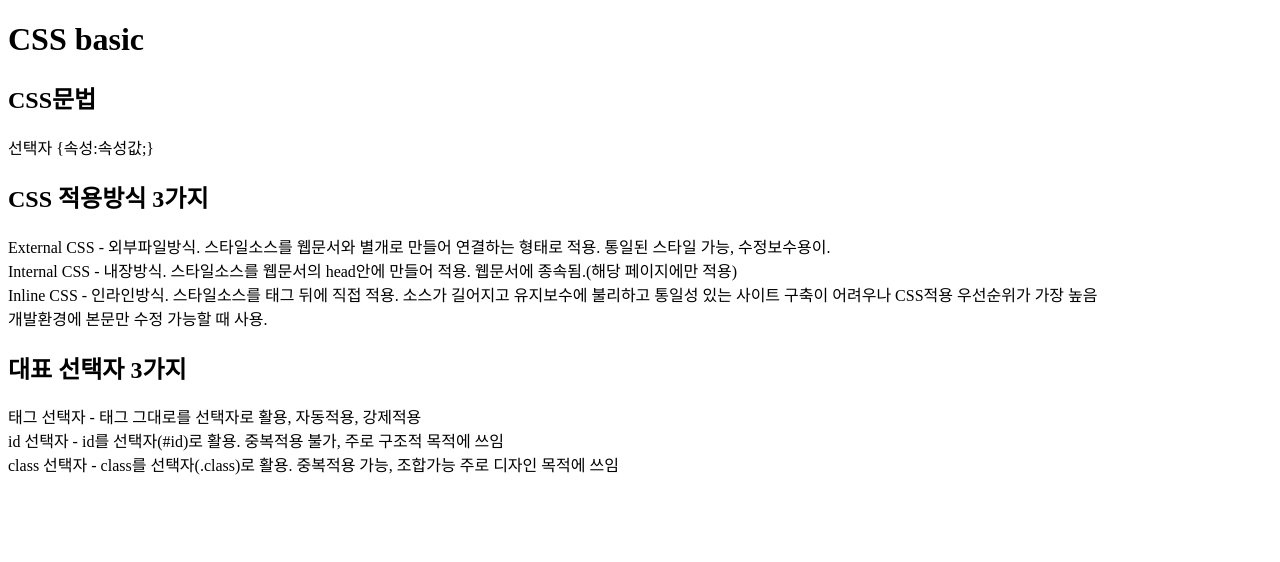
Repository: Git-Seokcoding/WEB
Page: CSS3/src/main/webapp/basic.html
An editor plug-in stored every save of this project. The page is shown before and after the next save, followed by the edit.
The browser window is 1280 px wide. The pictures show the whole page.

Above is the page before, as saved 2023-10-12 07:52:21.

After the next save:
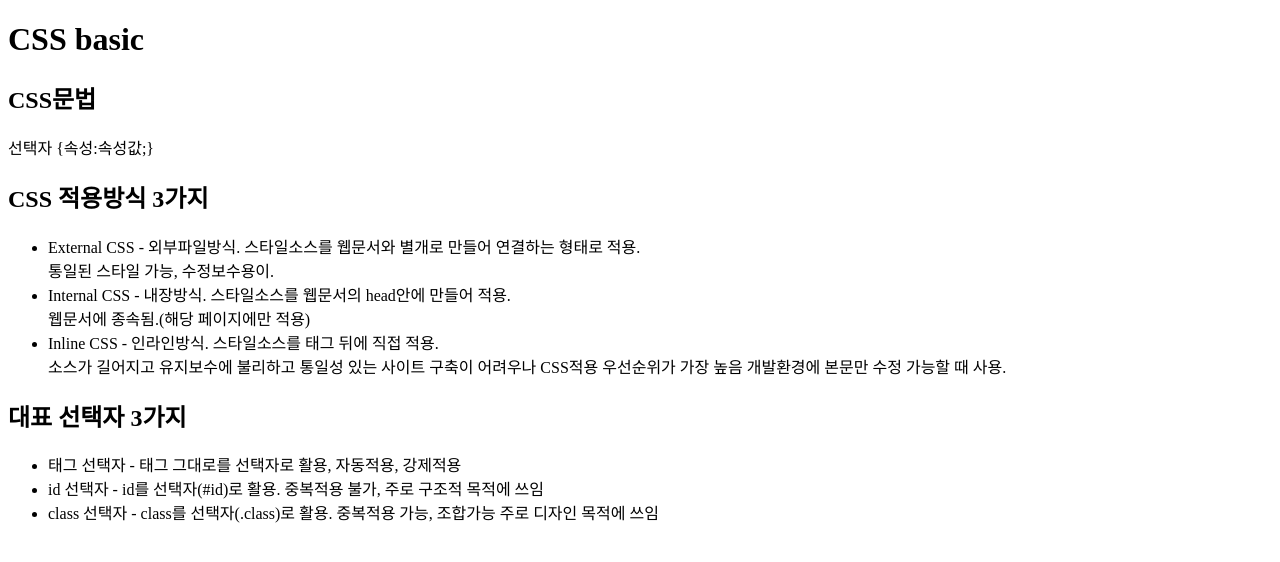
Saved 2 min 32 s later.
--- a/CSS3/src/main/webapp/basic.html
+++ b/CSS3/src/main/webapp/basic.html
@@ -10,17 +10,21 @@
 	<p>선택자 {속성:속성값;}</p>
 
 	<h2>CSS 적용방식 3가지</h2>
-		External CSS - 외부파일방식. 스타일소스를 웹문서와 별개로 만들어 연결하는 형태로 적용.
-		통일된 스타일 가능, 수정보수용이.<br>
-		Internal CSS - 내장방식. 스타일소스를 웹문서의 head안에 만들어 적용.
-		웹문서에 종속됨.(해당 페이지에만 적용)<br>
-		Inline CSS   - 인라인방식. 스타일소스를 태그 뒤에 직접 적용.
-		소스가 길어지고 유지보수에 불리하고 통일성 있는 사이트 구축이 어려우나 CSS적용 우선순위가 가장 높음<br>
-		개발환경에 본문만 수정 가능할 때 사용.<br>
+	<ul>
+		<li>External CSS - 외부파일방식. 스타일소스를 웹문서와 별개로 만들어 연결하는 형태로 적용. <br>
+		통일된 스타일 가능, 수정보수용이.</li>
+		<li>Internal CSS - 내장방식. 스타일소스를 웹문서의 head안에 만들어 적용.<br>
+		웹문서에 종속됨.(해당 페이지에만 적용)</li>
+		<li>Inline CSS   - 인라인방식. 스타일소스를 태그 뒤에 직접 적용. <br>
+		소스가 길어지고 유지보수에 불리하고 통일성 있는 사이트 구축이 어려우나 CSS적용 우선순위가 가장 높음
+		개발환경에 본문만 수정 가능할 때 사용.</li>
+	</ul>
 
 	<h2>대표 선택자 3가지</h2>
-	태그 선택자  - 태그 그대로를 선택자로 활용, 자동적용, 강제적용<br>
-	id 선택자 - id를 선택자(#id)로 활용. 중복적용 불가, 주로 구조적 목적에 쓰임<br>
-	class 선택자 - class를 선택자(.class)로 활용. 중복적용 가능, 조합가능 주로 디자인 목적에 쓰임<br>
+	<ul>
+	<li>태그 선택자  - 태그 그대로를 선택자로 활용, 자동적용, 강제적용</li>
+	<li>id 선택자 - id를 선택자(#id)로 활용. 중복적용 불가, 주로 구조적 목적에 쓰임</li>
+	<li>class 선택자 - class를 선택자(.class)로 활용. 중복적용 가능, 조합가능 주로 디자인 목적에 쓰임</li>
+	</ul>
 </body>
 </html>
